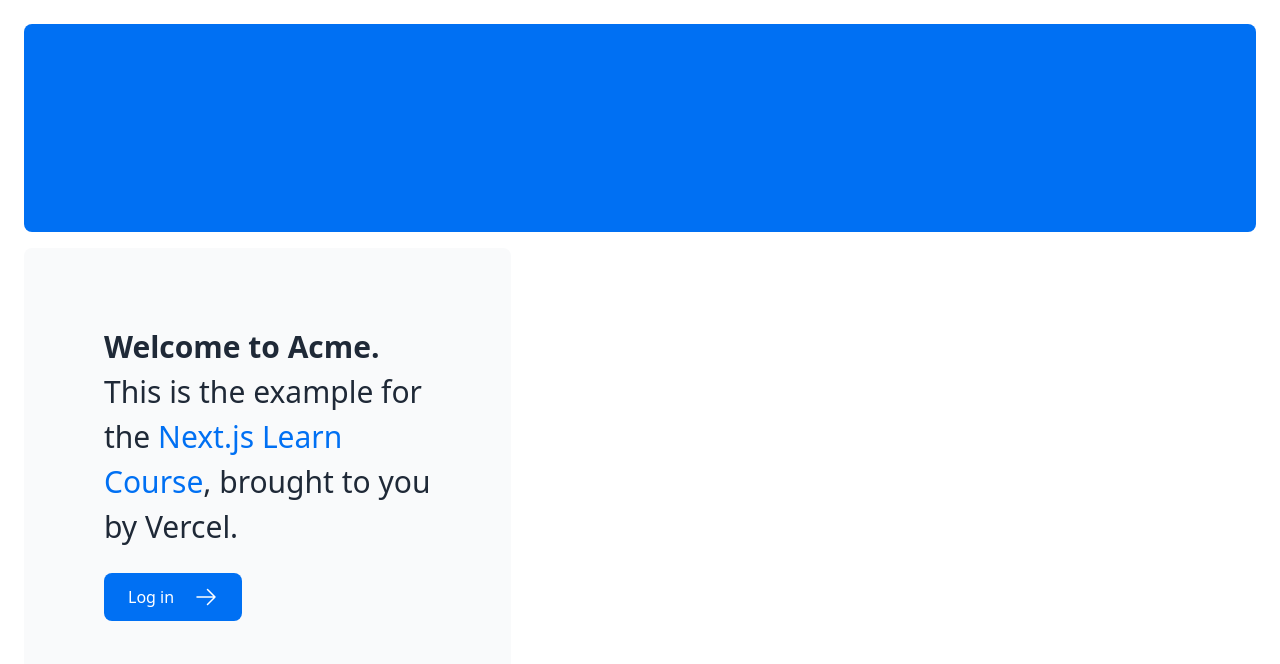
Repository: lokinell/nextjs-dashboard
Page: /
These files come from the project's save history. The page is drawn as it stood at one moment and after the next save; the edit follows.
The browser window is 1280 px wide. The pictures show the whole page.
The project was rebuilt for these pictures with package versions that can differ from the ones it lists, and the page was loaded fresh each time. The framework's server and built-in components were replaced by stand-ins that run in the browser. Also part of the build but not shown: next.config.js.

Above is the page before, as saved 2024-03-11 23:34:51.

### app/page.tsx
import AcmeLogo from '@/app/ui/acme-logo';
import { ArrowRightIcon } from '@heroicons/react/24/outline';
import Link from 'next/link';

export default function Page() {
  return (
    <main className="flex min-h-screen flex-col p-6">
      <div className="flex h-20 shrink-0 items-end rounded-lg bg-blue-500 md:h-52">
        {/* <AcmeLogo /> */}
      </div>
      <div className="mt-4 flex grow flex-col gap-4 md:flex-row">
        <div className="flex flex-col justify-center gap-6 rounded-lg bg-gray-50 px-6 py-10 md:w-2/5 md:px-20">
          <p className={`text-xl text-gray-800 md:text-3xl md:leading-normal`}>
            <strong>Welcome to Acme.</strong> This is the example for the{' '}
            <a href="https://nextjs.org/learn/" className="text-blue-500">
              Next.js Learn Course
            </a>
            , brought to you by Vercel.
          </p>
          <Link
            href="/login"
            className="flex items-center gap-5 self-start rounded-lg bg-blue-500 px-6 py-3 text-sm font-medium text-white transition-colors hover:bg-blue-400 md:text-base"
          >
            <span>Log in</span> <ArrowRightIcon className="w-5 md:w-6" />
          </Link>
        </div>
        <div className="flex items-center justify-center p-6 md:w-3/5 md:px-28 md:py-12">
          {/* Add Hero Images Here */}
        </div>
      </div>
    </main>
  );
}

Loaded but not shown: app/layout.tsx (common file); app/ui/global.css (common file); tailwind.config.ts (common file)

After the next save:
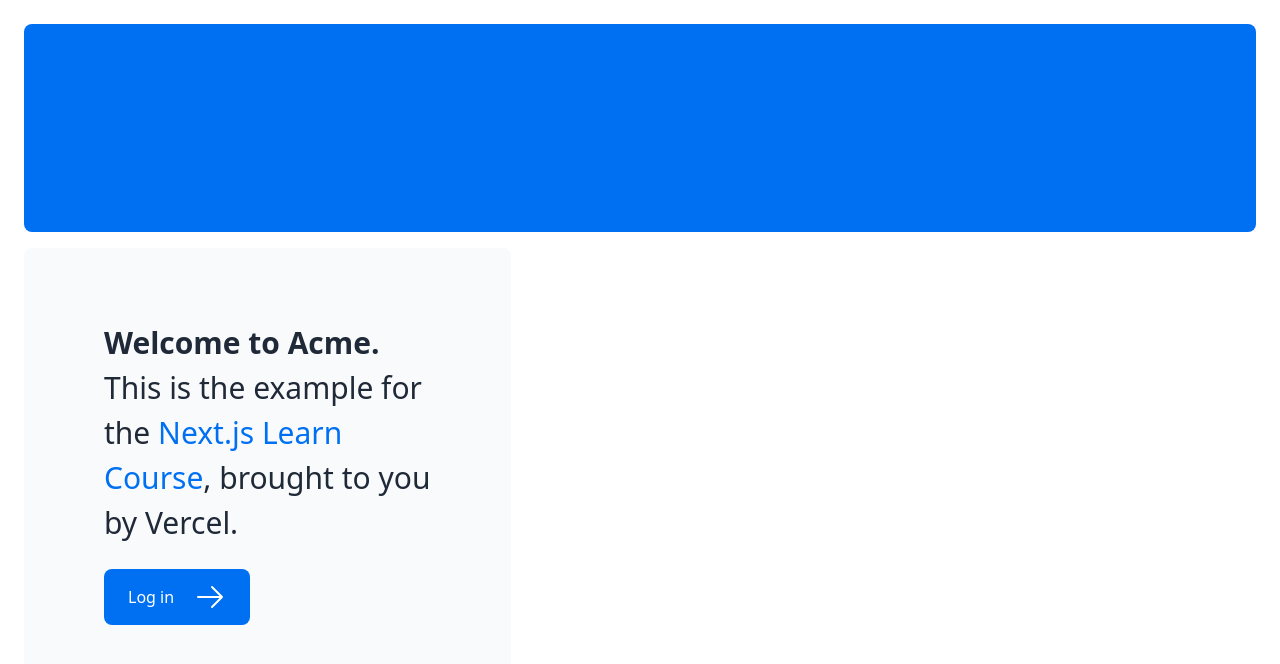
Saved 3 min 17 s later.
--- a/app/page.tsx
+++ b/app/page.tsx
@@ -21,7 +21,7 @@
             href="/login"
             className="flex items-center gap-5 self-start rounded-lg bg-blue-500 px-6 py-3 text-sm font-medium text-white transition-colors hover:bg-blue-400 md:text-base"
           >
-            <span>Log in</span> <ArrowRightIcon className="w-5 md:w-6" />
+            <span>Log in</span> <ArrowRightIcon className="w-5 md:w-8" />
           </Link>
         </div>
         <div className="flex items-center justify-center p-6 md:w-3/5 md:px-28 md:py-12">
